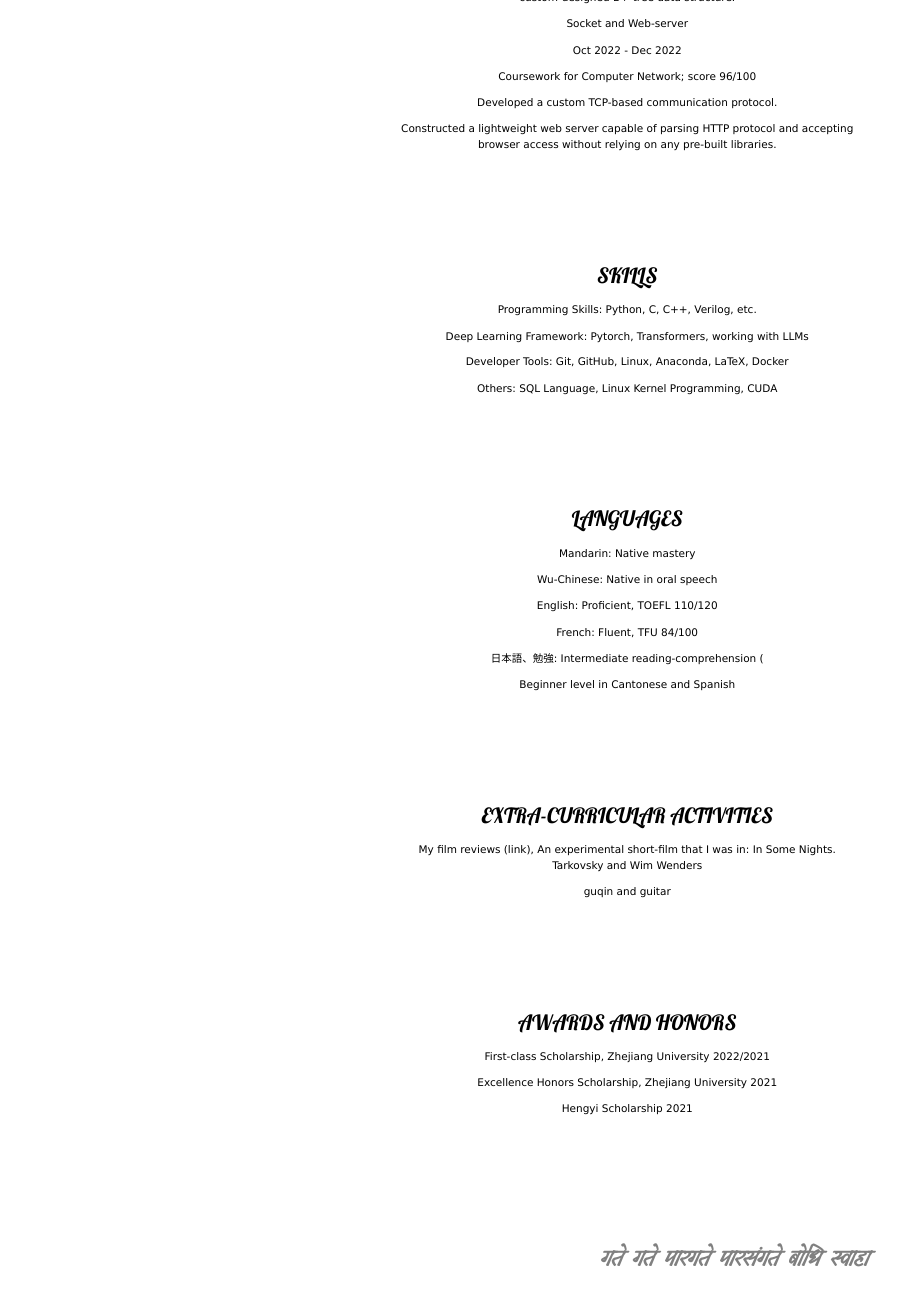
Repository: Ej-zhou/ej-zhou.github.io
Page: index.html
An editor plug-in stored every save of this project. The page is shown before and after a run of saves, followed by the edit.
The browser window is 1280 px wide. The page is 1304 px wide, so the pictures cover 1304 px, including what lies to the right of the window. The pictures show the part of the page from y = 4150 to 6030 px (the page is 6276 px tall), at 70% of full size.
Some web fonts or font styles are not loaded; a fallback is used.

Above is the page before, as saved 2023-08-12 15:39:10.

### index.html
<!DOCTYPE html>

<html>
<head>
<title>
     Zhou, Ej
    </title>
<meta charset="utf-8"/>
<meta content="width=device-width, initial-scale=1" name="viewport"/>
<link href="https://www.w3schools.com/w3css/4/w3.css" rel="stylesheet"/>
<link href="https://fonts.googleapis.com/css?family=Lobster" rel="stylesheet"/>
<link href="https://cdnjs.cloudflare.com/ajax/libs/font-awesome/4.7.0/css/font-awesome.min.css" rel="stylesheet"/>
<link href="https://fonts.googleapis.com/css2?family=Noto+Sans+SC&amp;display=swap" rel="stylesheet"/>
<style>
     /* body, h1, h2, h3, h4, h5, h6 {font-family: "Lobster", sans-serif} */
     h1, h2, h3, h4, h5, h6 {font-family: "Lobster", sans-serif}
     .w3-row-padding img {margin-bottom: 12px}
     /* .bgimg {
       background-position: center;
       background-repeat: no-repeat;
       background-size: cover;
       background-image: url('https://www.w3schools.com/w3images/profile_girl.jpg');
       min-height: 100%;
     } */
    @font-face {
      font-family: 'YanShiFoXiTi';
      src: url('fonts/YanShiFoXiTi/Slidefu-Regular-2.ttf'); /* Change the extension to match your file */
    }

    @font-face {
    font-family: 'Aakar Regular';
    src: url('fonts/Aakar Regular/Aakar Regular.ttf') format('truetype'); /* Update the path if needed */
    }

    @font-face {
        font-family: 'vesper_libre';
        src: url("fonts/Vesper_Libre/VesperLibre-Bold.ttf");
    }

    @font-face {
        font-family: 'kalam';
        src: url("fonts/Kalam/Kalam-Bold.ttf");
    }


    @font-face {
        font-family: 'Kurale';
        src: url("fonts/Kurale/Kurale-Regular.ttf");
    }

    @font-face {
        font-family: "Tillana";
        src: url("fonts/Tillana/Tillana-Regular.ttf");
    }


    @font-face {
        font-family: "hentaigana";
        src: url('fonts/Yuji_Hentaigana_Akebono/YujiHentaiganaAkebono-Regular.ttf');
    }

    @font-face {
        font-family: 'tegaki';
        src: url('fonts/851-tegaki-zatsu/851tegaki_zatsu_normal_0883.ttf');
    }

     .chinese {
      font-family: 'YanShiFoXiTi', sans-serif;
    }

    .japanese {
        font-family: 'tegaki';
    }

    .sanskrit {
        font-family: 'Tillana';
        font-size: 33px; /* Set the font size to your desired value */
        font-style: italic;
        font-weight: bold; /* Make the text bold */
        text-align: right; /* Center align the text */
        display: block; /* Make the span a block element to occupy the full width */
        margin: 10px 0; /* Add some margin to separate it from other elements */
        color: gray; /*Set the color to your preference*/
    }
  /* Other CSS rules */

    /* Style for the sidebar container */
    .sidebar {
    width: 600px; /* Same as the desired image width */
    position: fixed; /* Fixed position */
    top: 0; /* Align with the top of the viewport */
    height: 100%; /* Full height */
    overflow: auto; /* Enable scrolling inside the sidebar */
    display: flex; /* Enable flexbox for centering */
    align-items: center; /* Center vertically */
    justify-content: center; /* Center horizontally */
    }

    /* Style for the image container */
    .image-container {
    width: 100%; /* Take up full width of the sidebar */
    text-align: left; /* Center the image horizontally */
    }



    .question-mark {
      cursor: pointer;
      font-weight: bold;
      color: gray; /* Change the color as needed */
      font-size: 40%; /* Adjust the font size to make it smaller */
      vertical-align: top; /* Display the question mark as a superscript */
    }

    .tooltip {
    display: none;
    position: absolute;
    background-color: #f9f9f9;
    padding: 5px;
    border: 1px solid #ccc;
    border-radius: 4px;
    box-shadow: 2px 2px 5px rgba(0, 0, 0, 0.1);
    font-size: 20%; /* Set to the desired font size */
    font-weight: normal; /* Set the font weight to normal */
    font-style: normal; /* Set the font style to normal */
    font-family: "Times New Roman", serif /* Set the desired font family */
    }


</style>
</head>
<!-- <body><div class="sidebar"><div class="image-container"><img alt="here should be a photo" height="400" src="pics/IMG_2185.JPG" width="600"/></div></div> -->
<body><div class="sidebar"><div class="image-container"><img alt="here should be a photo"  src="pics/photo.jpeg" width="550"/></div></div>
<!-- Sidebar with image -->
<!-- <nav class="w3-sidebar w3-hide-medium w3-hide-small" style="width:40%"> -->
<!-- <div class="bgimg"> -->
<!-- </div> -->
<!-- </nav> -->
<!-- Hidden Sidebar (reveals when clicked on menu icon)-->
<!-- <nav class="w3-sidebar w3-black w3-animate-right w3-xxlarge" id="mySidebar" style="display:none;padding-top:150px;right:0;z-index:2">
   <a class="w3-button w3-black w3-xxxlarge w3-display-topright" href="javascript:void(0)" onclick="closeNav()" style="padding:0 12px;">
    <i class="fa fa-remove">
    </i>
   </a>
   <div class="w3-bar-block w3-center">
    <a class="w3-bar-item w3-button w3-text-grey w3-hover-black" href="#" onclick="closeNav()">
     Home
    </a>
    <a class="w3-bar-item w3-button w3-text-grey w3-hover-black" href="#portfolio" onclick="closeNav()">
     Portfolio
    </a>
    <a class="w3-bar-item w3-button w3-text-grey w3-hover-black" href="#about" onclick="closeNav()">
     About
    </a>
    <a class="w3-bar-item w3-button w3-text-grey w3-hover-black" href="#contact" onclick="closeNav()">
     Contact
    </a>
   </div>
  </nav> -->

<!-- Page Content -->
<div class="w3-main w3-padding-large" style="margin-left:40%">
<!-- Menu icon to open sidebar -->
<span class="w3-button w3-top w3-white w3-xxlarge w3-text-grey w3-hover-text-black" onclick="openNav()" style="width:auto;right:0;">
<i class="fa fa-bars">
</i>
</span>
<!-- Header -->
<header class="w3-container w3-center" id="home" style="padding:128px 16px">

<h1 class="w3-jumbo">
    <b> <span class="chinese">周逸杰</span>           </b>
</h1>



<h1 class="w3-jumbo">
<b>
        ZHOU, EJ
      </b>
      <span class="question-mark">?</span>
      <span class="tooltip">
        My given name is <i>Yijie</i>, and my family name <i>Zhou</i>. <i>Ej</i> is my preferred name, and <b>we</b> put our family name in the front.
      </span>




</h1>
<p>
     Where shall I begin...
    </p>
<!-- <img class="w3-image w3-hide-large w3-hide-small w3-round" src="https://www.w3schools.com/w3images/profile_girl.jpg" style="display:block;width:60%;margin:auto;"/> -->
<!-- <img class="w3-image w3-hide-large w3-hide-medium w3-round" height="1333" src="https://www.w3schools.com/w3images/profile_girl.jpg" width="1000">
<button class="w3-button w3-light-grey w3-padding-large w3-margin-top">
<i class="fa fa-download">
</i>
      CV
    </button>
</img></header> -->
<!-- Portfolio Section -->
<!-- <div class="w3-padding-32 w3-content" id="portfolio">
    <h2 class="w3-text-grey">
     My Portfolio
    </h2>
    <hr class="w3-opacity"/> -->
<!-- Grid for photos -->
<!-- <div class="w3-row-padding" style="margin:0 -16px"> -->
<!-- <div class="w3-half">
      <img src="https://www.w3schools.com/w3images/wedding.jpg" style="width:100%"/>
      <img src="https://www.w3schools.com/w3images/rocks.jpg" style="width:100%"/>
      <img src="https://www.w3schools.com/w3images/sailboat.jpg" style="width:100%"/>
     </div>
     <div class="w3-half">
      <img src="https://www.w3schools.com/w3images/underwater.jpg" style="width:100%"/>
      <img src="https://www.w3schools.com/w3images/chef.jpg" style="width:100%"/>
      <img src="https://www.w3schools.com/w3images/wedding.jpg" style="width:100%"/>
      <img src="https://www.w3schools.com/w3images/p6.jpg" style="width:100%"/>
     </div> -->
<!-- End photo grid -->
<!-- </div> -->
<!-- End Portfolio Section -->
<!-- </div> -->
<!-- About Section -->
<div class="w3-content w3-justify w3-text-grey w3-padding-32" id="about">
<h2>
     About
    </h2>
<hr class="w3-opacity"/>
<p>
    I am an undergraduate student in Zhejiang Unviersity. I am interested in NLP and AI. I am currently working on a project about building a corpus for cross-lingual summarization. I am also interested in the intersection of NLP and other fields, such as psychology and philosophy. I am also interested in the application of NLP in the field of education. I am currently working on a project about building a corpus for cross-lingual summarization. I am also interested in the intersection of NLP and other fields, such as psychology and philosophy. I am also interested in the application of NLP in the field of education. I am currently working on a project about building a corpus for cross-lingual summarization. I am also interested in the intersection of NLP and other fields, such as psychology and philosophy. I am also interested in the application of NLP in the field of education.
    </p>
<h3 class="w3-padding-16">
<!-- My Skills
    </h3>
    <p class="w3-wide">
     Photography
    </p>
    <div class="w3-light-grey">
     <div class="w3-container w3-center w3-padding-small w3-dark-grey" style="width:95%">
      95%
     </div>
    </div>
    <p class="w3-wide">
     Web Design
    </p>
    <div class="w3-light-grey">
     <div class="w3-container w3-center w3-padding-small w3-dark-grey" style="width:85%">
      85%
     </div>
    </div>
    <p class="w3-wide">
     Photoshop
    </p>
    <div class="w3-light-grey">
     <div class="w3-container w3-center w3-padding-small w3-dark-grey" style="width:80%">
      80%
     </div>
    </div>
    <br/>
    <div class="w3-row w3-center w3-dark-grey w3-padding-16 w3-section">
     <div class="w3-quarter w3-section">
      <span class="w3-xlarge">
       14+
      </span> -->
<!-- <br/>
      Partners
     </div>
     <div class="w3-quarter w3-section">
      <span class="w3-xlarge">
       55+
      </span>
      <br/>
      Projects Done
     </div>
     <div class="w3-quarter w3-section">
      <span class="w3-xlarge">
       89+
      </span>
      <br/>
      Happy Clients
     </div>
     <div class="w3-quarter w3-section">
      <span class="w3-xlarge">
       150+
      </span>
      <br/>
      Meetings
     </div>
    </div>
    <button class="w3-button w3-light-grey w3-padding-large w3-section">
     <i class="fa fa-download">
     </i>
     Download Resume -->
<!-- </button> -->
<!-- Testimonials -->
<!-- <h3 class="w3-padding-24">
     My Reputation
    </h3>
    <img alt="Avatar" class="w3-left w3-circle w3-margin-right" src="https://www.w3schools.com/w3images/avatar_smoke.jpg" style="width:80px"/>
    <p>
     <span class="w3-large w3-text-black w3-margin-right">
      Chandler Bing.
     </span>
     Web Designer.
    </p>
    <p>
     Jane Doe is just awesome. I am so happy to have met her!
    </p>
    <br/>
    <img alt="Avatar" class="w3-left w3-circle w3-margin-right" src="https://www.w3schools.com/w3images/bandmember.jpg" style="width:80px"/>
    <p>
     <span class="w3-large w3-text-black w3-margin-right">
      Chris Fox.
     </span>
     CEO at Mighty Schools.
    </p>
    <p>
     Jane Doe saved us from a web disaster.
    </p>
    <br/>
    <img alt="Avatar" class="w3-left w3-circle w3-margin-right" src="https://www.w3schools.com/w3images/avatar_g2.jpg" style="width:80px"/>
    <p>
     <span class="w3-large w3-text-black w3-margin-right">
      Rebecca Flex.
     </span>
     CEO at Company.
    </p>
    <p>
     No one is better than Jane Doe.
    </p>
    <br/> -->
<!-- Grid for pricing tables -->
<!-- End About Section -->
<!-- </div> -->
<!--
  <script>
   // Open and close sidebar
function openNav() {
  document.getElementById("mySidebar").style.width = "60%";
  document.getElementById("mySidebar").style.display = "block";
}

function closeNav() {
  document.getElementById("mySidebar").style.display = "none";
}
  </script>
  <div class="w3-container w3-padding-64 w3-center"> -->

<br><br><br><br>
<!-- <h1 class="w3-jumbo">
    <b> <span class="chinese">若以色见我，以音声求我，是人行邪道，不能见如来。</span>           </b>
</h1> -->

<!-- <h1 class="w3-jumbo">
    <b> <span class="chinese">凡所有相，皆是虚妄。<br> 若见诸相非相，即见如来。</span>           </b>
</h1> -->

<h1 class="w3-jumbo">
    <b> <span class="chinese">远离颠倒梦想，究竟涅槃。</span>           </b>
</h1>

<!--
<h1 class="w3-jumbo">
    <b> <span class="chinese">无苦、集、灭、道，无智亦无得</span>           </b>
</h1>  -->


<p>
</p>
</h3></div>
<div class="w3-container w3-padding-64 w3-center">
<h2>
    EDUCATION BACKGROUND
   </h2>
   <hr class="w3-opacity"/>
<p>
    College of Computer Science and Technology Hangzhou, China &amp; CKC Honors College, Zhejiang University
   </p>
<p>
    Sept 2020 - Jun 2024(Expected)
   </p>
<p>
    Bachelor of Science in Computer Science
   </p>
<p>
    Overall GPA: 3.99/4.0; 91.19/100 Major GPA: 4.0/4.0
   </p>
<p>
    GRE: 330 + AW4.0
   </p>
<p>
    WestLake NLP Lab, Westlake University Hangzhou, China
   </p>
<p>
    Research Internship &amp; Visiting Student Sept 2022 - Jan 2023
   </p>
<p>
    College of Engineering, Cornell University Ithaca, NY
   </p>
<p>
    Exchange Student Jan 2023 - May 2023
   </p>
s   <p>
    Courses include: Computational Linguistics, Language and Information, Historical Linguistics
   </p>
</div>



<div class="w3-container w3-padding-64 w3-center">
<h2>
    EXPERIENCE
   </h2>
<p>
    Hangzhou City Brain
   </p>
<p>
    Sept 2022 - Aug 2022
   </p>
<p>
    Internship Hangzhou, China
   </p>
<p>
    Assisted in the maintenance of the Integrated Resources System working on database systems.
   </p>
<p>
    Westlake University
   </p>
<p>
    Sept 2022 - Feb 2023
   </p>
<p>
    Project: Building ConvSumX, an XLS corpus
   </p>
<p>
    Hangzhou, China
   </p>
<p>
    Research Intern in WestLake NLP Lab Advisor: Yue Zhang
   </p>
<p>
    Spearheaded the Corpus-Annotation and Corpus-Evaluation team in the creation of the corpus.
   </p>
<p>
    Conducted experiments by fine-tuning mBART model using various corpora on NVIDIA A100 GPUs.
   </p>
<p>
    Delivered comprehensive analysis of both existing XLS corpora and experimental outcomes
   </p>
<p>
    Paper Writing
   </p>
<p>
    Cornell University
   </p>
<p>
    Feb 2023 - Apr 2023
   </p>
<p>
    Project: Persuasive Chatbot
   </p>
<p>
    Ithaca, NY
   </p>
<p>
    Developed an automated chatbot capable of detecting factual inaccuracies during conversations, and providing accurate information supported by evidence
   </p>
</div>



<div class="w3-container w3-padding-64 w3-center">
<h2>
    PUBLICATION
   </h2>
<p>
    [1] Yulong Chen, Huajian Zhang, Yijie Zhou, Xuefeng Bai, Yueguan Wang, Ming Zhong, Jianhao Yan, Yafu Li, Judy Li, Michael Zhu and Yue Zhang:
   </p>
<p>
    Revisiting Cross-Lingual Summarization: A Corpus-based Study and A New Benchmark with Improvement Annotation, submitted to ACL 2023
   </p>
</div>
<div class="w3-container w3-padding-64 w3-center">
<h2>
    AWARDS AND COMPETITIONS
   </h2>
<p>
    Zhejiang Lab Cup Global AI Competition, Third Prize
   </p>
<p>
    Oct 2021
   </p>
<p>
    Hangzhou, China
   </p>
<p>
    Zhejiang University Programming Contest, Third Prize
   </p>
<p>
    Oct 2021
   </p>
<p>
    Hangzhou, China
   </p>
</div>
<div class="w3-container w3-padding-64 w3-center">
<h2>
    SELECTED COURSE-WORKS
   </h2>
<p>
    Parallel Computing and Neural Networks
   </p>
<p>
    Jul 2021 - Aug 2021
   </p>
<p>
    Coursework for Integrate Practice for Courses I: Supercomputing; score 97/100
   </p>
<p>
    Enhanced GEMM performance by over 100x using OpenMP and MPI on a computing cluster.
   </p>
<p>
    Developed a CNN from scratch using PyTorch for handwriting recognition and object recognition.
   </p>
<p>
    Mini-SQL GitHub
   </p>
<p>
    May 2022 - Jun 2022
   </p>
<p>
    Coursework for Database System; score 98/100
   </p>
<p>
    Developed a compact single-user SQL engine (DBMS) supporting fundamental database operations and implemented an index-manager for record handling using a custom-designed B+-tree data structure.
   </p>
<p>
    Socket and Web-server
   </p>
<p>
    Oct 2022 - Dec 2022
   </p>
<p>
    Coursework for Computer Network; score 96/100
   </p>
<p>
    Developed a custom TCP-based communication protocol.
   </p>
<p>
    Constructed a lightweight web server capable of parsing HTTP protocol and accepting browser access without relying on any pre-built libraries.
   </p>
</div>
<div class="w3-container w3-padding-64 w3-center">
<h2>
    SKILLS
   </h2>
<p>
    Programming Skills: Python, C, C++, Verilog, etc.
   </p>
<p>
    Deep Learning Framework: Pytorch, Transformers, working with LLMs
   </p>
<p>
    Developer Tools: Git, GitHub, Linux, Anaconda, LaTeX, Docker
   </p>
<p>
    Others: SQL Language, Linux Kernel Programming, CUDA
   </p>
</div>
<div class="w3-container w3-padding-64 w3-center">
<h2>
    LANGUAGES
   </h2>
<p>
    Mandarin: Native mastery
   </p>
<p>
    Wu-Chinese: Native in oral speech
   </p>
<p>
    English: Proficient, TOEFL 110/120
   </p>
<p>
    French: Fluent, TFU 84/100
   </p>
<p>
    <span class="japanese"> 日本語、勉強</span>: Intermediate reading-comprehension (<span class = 'japanese'先天的な), basic conversation
   </p>
<p>
    Beginner level in Cantonese and Spanish
   </p>
</div>
<div class="w3-container w3-padding-64 w3-center">
<h2>
    EXTRA-CURRICULAR ACTIVITIES
   </h2>
<p>
    My film reviews (link), An experimental short-film that I was in: In Some Nights. Tarkovsky and Wim Wenders
   </p>
<p>
    guqin and guitar
   </p>
</div>
<div class="w3-container w3-padding-64 w3-center">
<h2>
    AWARDS AND HONORS
   </h2>
<p>
    First-class Scholarship, Zhejiang University 2022/2021
   </p>
<p>
    Excellence Honors Scholarship, Zhejiang University 2021
   </p>
<p>
    Hengyi Scholarship 2021
   </p>
</div>

<!-- Contact Section -->


<!-- <div class="w3-padding-32 w3-content w3-text-grey" id="contact" style="margin-bottom:64px">
<h2>
       Contact Me
      </h2>
<hr class="w3-opacity"/>
<div class="w3-section">
<p>
<i class="fa fa-map-marker fa-fw w3-xxlarge w3-margin-right">
</i>
        New Haven, CT
       </p>
<p>
<i class="fa fa-phone fa-fw w3-xxlarge w3-margin-right">
</i>
        Phone: +1 (607) 327-2411 / +86 188-0671-8188
       </p>
<p>
<i class="fa fa-envelope fa-fw w3-xxlarge w3-margin-right">
</i>
        Email: e.j.zhou@zju.edu.cn / yz2876@cornell.edu
       </p> -->
<br><br><br><br>
<b> <span class="sanskrit">गते गते पारगते पारसंगते बोधि स्वाहा</span>           </b>


</div>
<!-- Image of location/map -->
<!-- <img class="w3-image w3-greyscale" src="https://www.w3schools.com/w3images/map.jpg" style="width:100%;margin:32px 0"/> -->
<!-- <p>
       Lets get in touch. Send me a message:
      </p> -->
<!-- <form action="/action_page.php" target="_blank"> -->
<!-- <p>
<input class="w3-input w3-padding-16 w3-border" name="Name" placeholder="Name" required="" type="text"/>
</p>
<p>
<input class="w3-input w3-padding-16 w3-border" name="Email" placeholder="Email" required="" type="text"/>
</p>
<p>
<input class="w3-input w3-padding-16 w3-border" name="Subject" placeholder="Subject" required="" type="text"/>
</p>
<p>
<input class="w3-input w3-padding-16 w3-border" name="Message" placeholder="Message" required="" type="text"/>
</p>
<p>
<button class="w3-button w3-light-grey w3-padding-large" type="submit">
<i class="fa fa-paper-plane">
</i>
         SEND MESSAGE
        </button>
</p> -->
<!-- </form> -->
<!-- End Contact Section -->


</div>



<!-- Footer. This section contains an ad for W3Schools Spaces. You can leave it to support us. -->

<footer class="w3-container w3-padding-64 w3-light-grey w3-center w3-opacity w3-xlarge" style="margin:-24px">
    <!-- <a href="https://www.facebook.com/yourusername" target="_blank"><i class="fa fa-facebook-official w3-hover-opacity"></i></a> -->
    <!-- <a href="https://www.instagram.com/yourusername" target="_blank"><i class="fa fa-instagram w3-hover-opacity"></i></a> -->
    <!-- <a href="https://www.snapchat.com/yourusername" target="_blank"><i class="fa fa-snapchat w3-hover-opacity"></i></a> -->
    <!-- <a href="https://www.pinterest.com/yourusername" target="_blank"><i class="fa fa-pinterest-p w3-hover-opacity"></i></a> -->
    <a href="https://twitter.com/ej_2876" target="_blank"><i class="fa fa-twitter w3-hover-opacity"></i></a>
    <a href="https://github.com/cyber-e-j" target="_blank"><i class="fa fa-github w3-hover-opacity"></i></a> <!-- GitHub Link -->
    <a href="https://www.linkedin.com/in/ej-zhou-1600a7264/" target="_blank"><i class="fa fa-linkedin w3-hover-opacity"></i></a>
    <!-- <a href="https://scholar.google.com/citations?authuser=1&user=e8yGb7IAAAAJ" target="_blank"><i class="fa-brands fa-google"></i></a> Google Scholar Link -->
    <a href="https://scholar.google.com/citations?authuser=1&user=e8yGb7IAAAAJ" target="_blank"><img width="24" height="24" src="https://img.icons8.com/material-two-tone/384/google-scholar.png" alt="google-scholar" class="w3-hover-opacity" /></a> <!-- Google Scholar Link -->

    <!-- Additional content -->
    <p class="w3-small">
      <!-- This website was made with W3schools Spaces. Make your own free website today! -->
    </p>
    <!-- <a class="w3-button w3-round-xxlarge w3-small w3-dark-grey" href="https://www.w3schools.com/spaces" target="_blank">
       Start now
      </a> -->
    <!-- End footer -->
  </footer>

</div>



<script>
    const questionMark = document.querySelector('.question-mark');
    const tooltip = document.querySelector('.tooltip');

    questionMark.addEventListener('mouseover', () => {
      tooltip.style.display = 'inline-block';
    });

    questionMark.addEventListener('mouseout', () => {
      tooltip.style.display = 'none';
    });

    // Optional: If you want to hide the tooltip when the mouse moves away from it, add the following code
    tooltip.addEventListener('mouseout', () => {
      tooltip.style.display = 'none';
    });
  </script>


</body>

  <!-- END PAGE CONTENT -->
  </html>

After the next 2 saves:
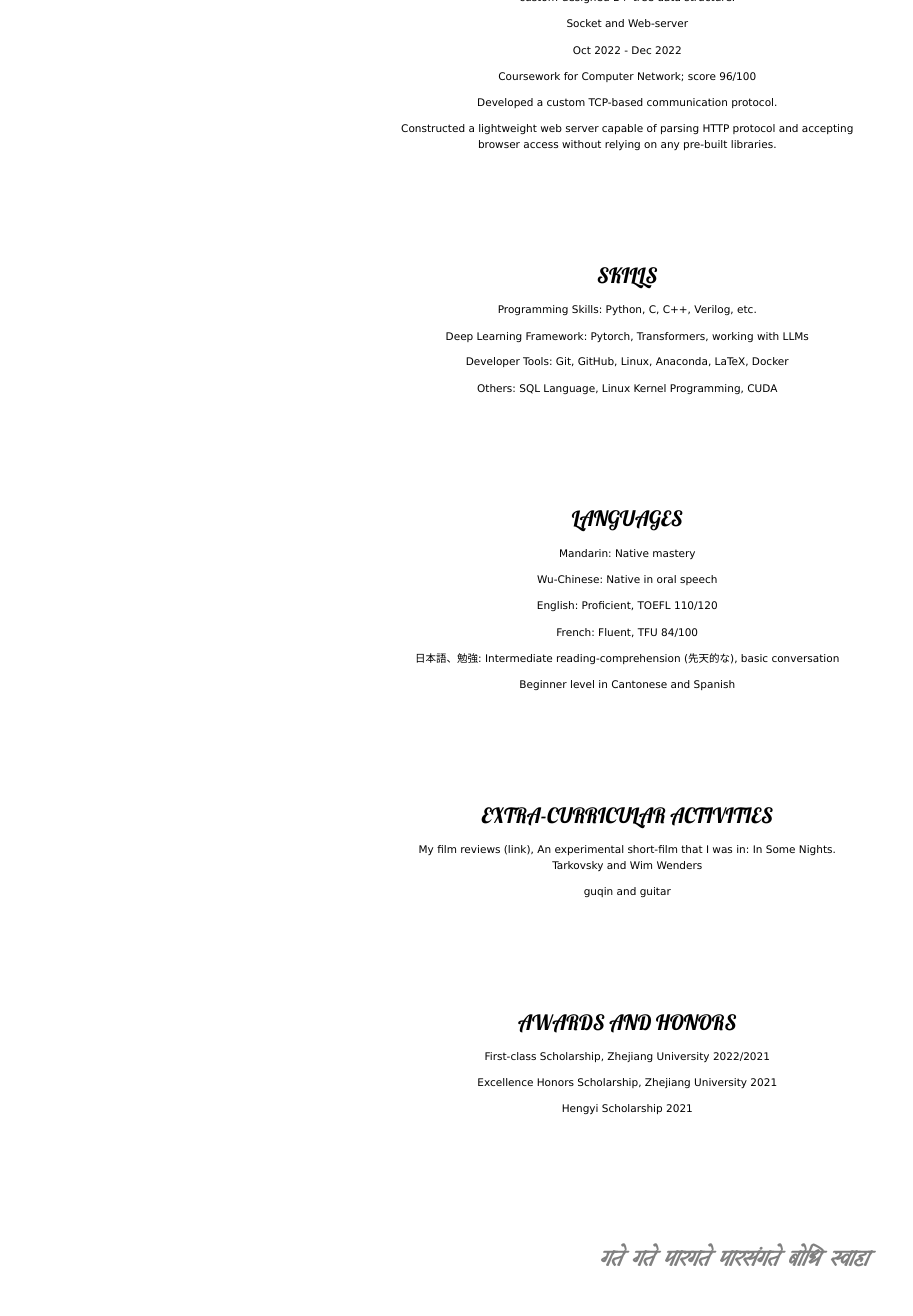
The 2 saves are shown as one change because they came seconds apart.
The last was saved 7 s later.
--- a/index.html
+++ b/index.html
@@ -585,7 +585,7 @@
     French: Fluent, TFU 84/100
    </p>
 <p>
-    <span class="japanese"> 日本語、勉強</span>: Intermediate reading-comprehension (<span class = 'japanese'先天的な), basic conversation
+    <span class="japanese"> 日本語、勉強</span>: Intermediate reading-comprehension (<span class = 'japanese'>先天的な</span>), basic conversation
    </p>
 <p>
     Beginner level in Cantonese and Spanish
